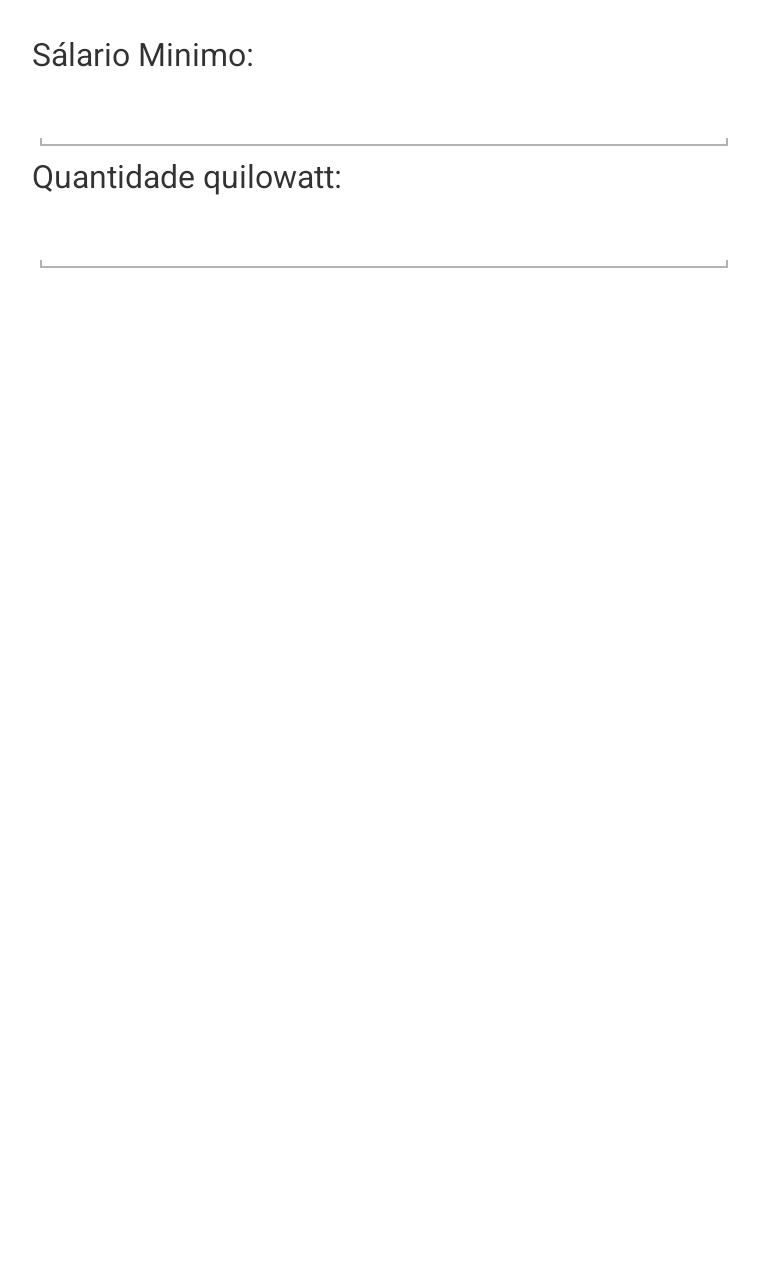
Repository: erickluz/Android
Layout: CustoQuilowatt/res/layout/activity_main.xml
An editor plug-in stored every save of this project. The layout is shown before and after the next save, followed by the edit.
It is drawn on a 768 x 1280 px phone screen (xhdpi) without system bars, with theme AppTheme; the app's code is not run.

Above is the layout before, as saved 2016-03-15 01:40:29.

After the next save:
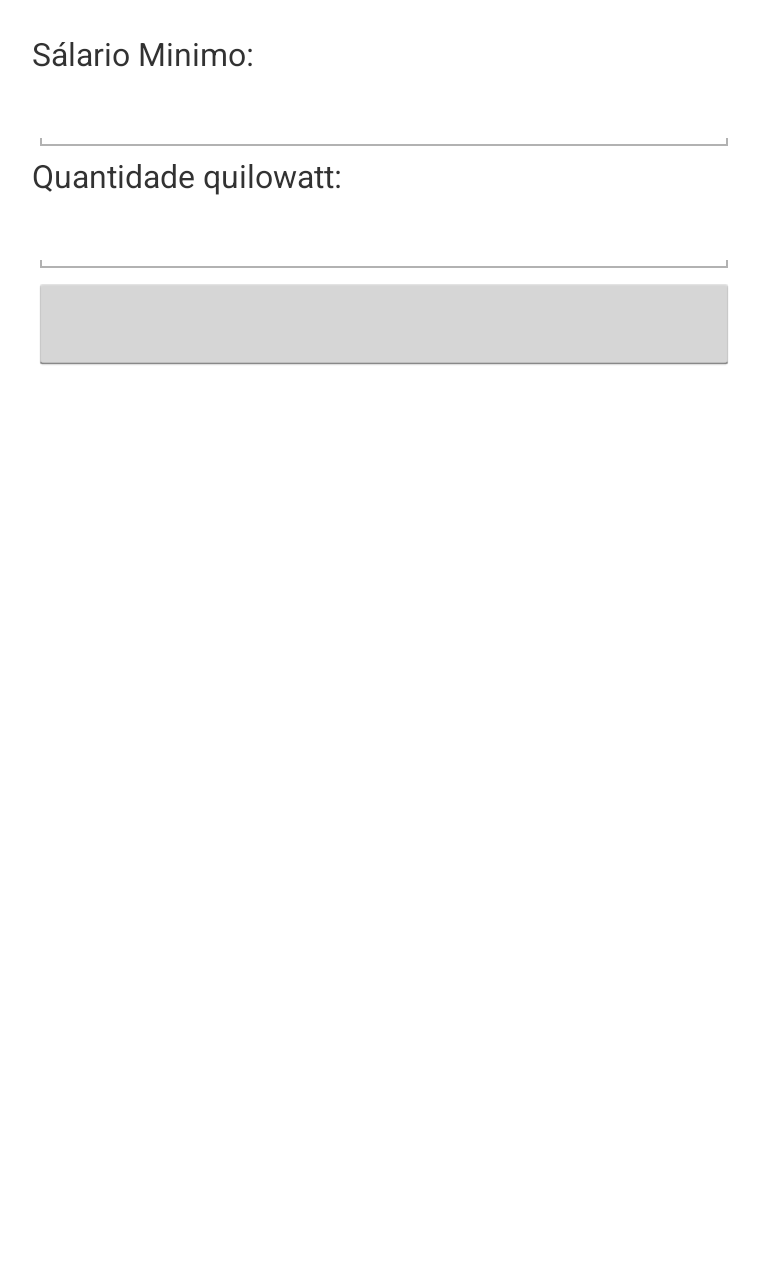
Saved 6 s later.
--- a/CustoQuilowatt/res/layout/activity_main.xml
+++ b/CustoQuilowatt/res/layout/activity_main.xml
@@ -38,6 +38,6 @@
     <Button
         android:id="@+id/btnCalcular"
         android:layout_width="fill_parent"
-        />"
+        android:layout_height="wrap_content"/>"
 
 </LinearLayout>
